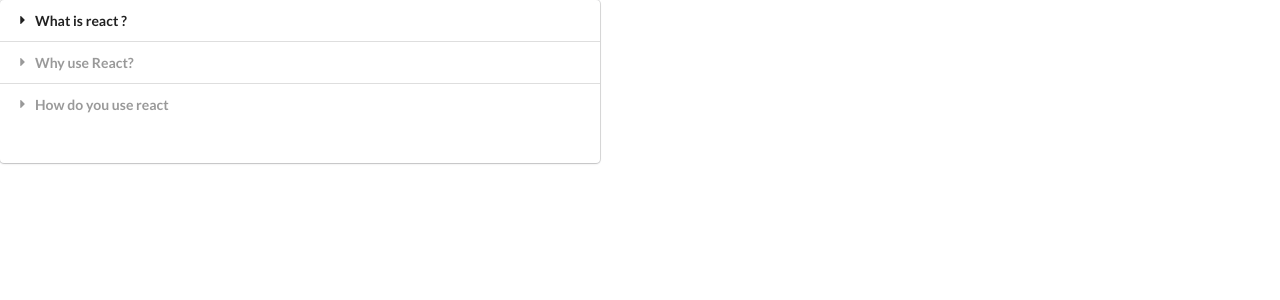
Repository: striver-69/Widjets-App
Page: /
These files come from the project's save history. The page is drawn as it stood at one moment and after the next save; the edit follows.
The browser window is 1280 px wide. The pictures show the whole page.
The project was rebuilt for these pictures with package versions that can differ from the ones it lists, and the page was loaded fresh each time.

Above is the page before, as saved 2021-03-04 02:06:34.

After the next save:
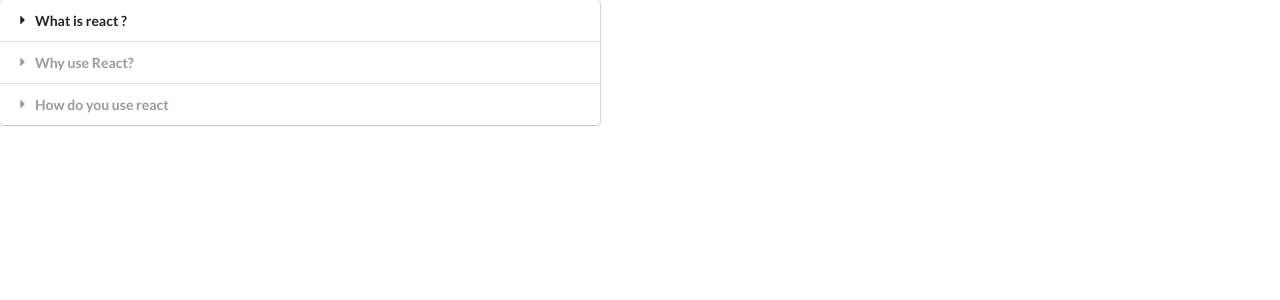
Saved 29 s later.
--- a/src/components/Accordion.js
+++ b/src/components/Accordion.js
@@ -24,7 +24,6 @@
   return (
     <div className="ui styled accordion">
       {rendereditems}
-      <h1>{activeIndex}</h1>
     </div>
   )
 }
